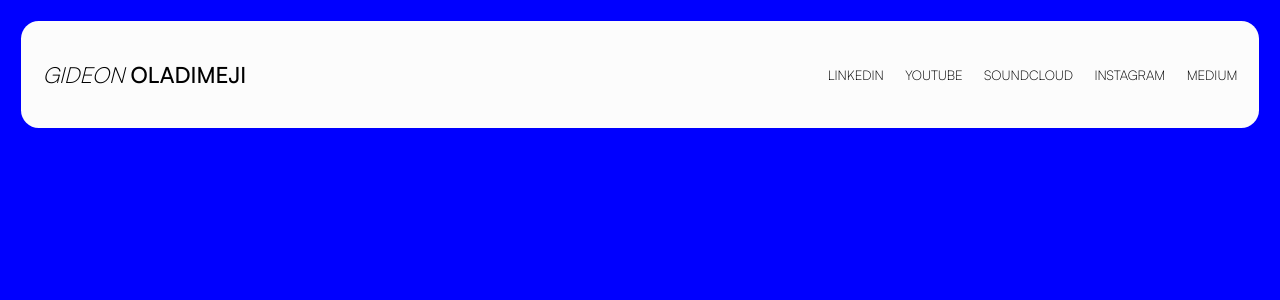
Repository: WilAy1/scalarbnae
Page: /
The author's editor kept a copy of each file at every save. The page is drawn from the files as they stood at one save, then again after the next save.
The browser window is 1280 px wide. The pictures show the whole page.
The project was rebuilt for these pictures with package versions that can differ from the ones it lists, and the page was loaded fresh each time.

Above is the page before, as saved 2024-11-11 17:18:42.

### src/index.css
@tailwind base;
@tailwind components;
@tailwind utilities;

body {
  margin: 0;
  font-family: -apple-system, BlinkMacSystemFont, 'Segoe UI', 'Roboto', 'Oxygen',
    'Ubuntu', 'Cantarell', 'Fira Sans', 'Droid Sans', 'Helvetica Neue',
    sans-serif;
  -webkit-font-smoothing: antialiased;
  -moz-osx-font-smoothing: grayscale;
}

code {
  font-family: source-code-pro, Menlo, Monaco, Consolas, 'Courier New',
    monospace;
}



@layer utilities {
  @font-face {
    font-family: satoshi;
    src: url(/src/assets/fonts/Satoshi-Variable.ttf) format("truetype");
  }
}

### src/App.js
import { useEffect } from 'react';
import './App.css';
import Header from './header';

function App() {
  return (
    <div className="App bg-[#2B50AA] w-full min-h-screen p-[1.667vw]">
      <Header />
    </div>
  );
}

export default App;

### src/App.css
.App {
  background-color: blue;
  height: 100vh;
}

### src/header.jsx
const HEADER_LINKS = [
    {
        title: "Linkedin",
        link: ""
    },
    {
        title: "Youtube",
        link: ""
    },
    {
        title: "Soundcloud",
        link: ""
    },
    {
        title: "Instagram",
        link: ""
    },
    {
        title: "MEDIUM",
        link: ""
    }
]

const Header = ()=>{
    return (
        <div className='bg-[#FCFCFC] w-full rounded-[1.389vw] px-[1.667vw] py-[2.882vw] font-satoshi'>
        <div className='w-full h-full flex items-center justify-between'>
          <div className='uppercase text-[1.736vw]'><span className="italic font-[300]">Gideon</span><span className='font-medium'> oladimeji</span></div>
          <div className='flex items-center gap-[1.667vw] uppercase text-[1.042vw] font-[300]'>
            {
                HEADER_LINKS.map((header, key)=>{
                    return (
                        <a href={header.link} key={key} target="_blank" rel="noreferrer">{header.title}</a>
                    );
                })
            }
          </div>
        </div>
      </div>
    );
}


export default Header;

### tailwind.config.js
/** @type {import('tailwindcss').Config} */
module.exports = {
  content: ["./src/**/*.{html,js,jsx}"],
  theme: {
    extend: {
      fontFamily: {
        satoshi: 'satoshi',
      },
    },
  },
  plugins: [],
}

Loaded but not shown: public/index.html (common file); src/index.js (common file); src/reportWebVitals.js (common file)

After the next save:
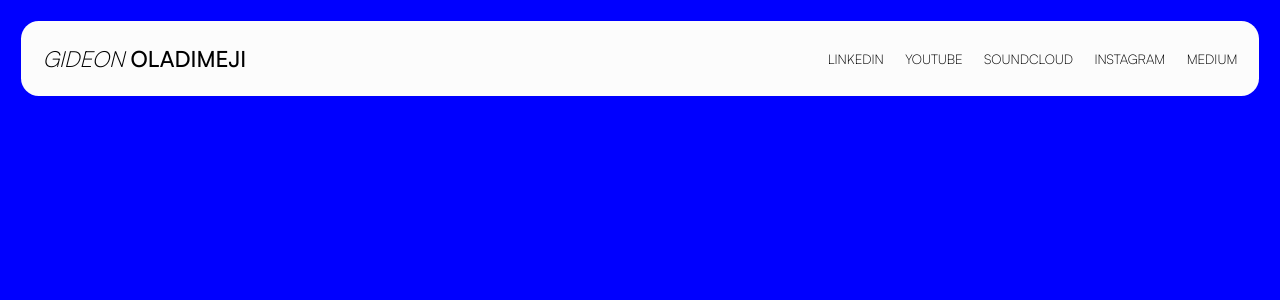
Saved 118 s later.
--- a/src/header.jsx
+++ b/src/header.jsx
@@ -23,7 +23,7 @@
 
 const Header = ()=>{
     return (
-        <div className='bg-[#FCFCFC] w-full rounded-[1.389vw] px-[1.667vw] py-[2.882vw] font-satoshi'>
+        <div className='bg-[#FCFCFC] w-full rounded-[1.389vw] px-[1.667vw] py-[1.632vw] font-satoshi'>
         <div className='w-full h-full flex items-center justify-between'>
           <div className='uppercase text-[1.736vw]'><span className="italic font-[300]">Gideon</span><span className='font-medium'> oladimeji</span></div>
           <div className='flex items-center gap-[1.667vw] uppercase text-[1.042vw] font-[300]'>
